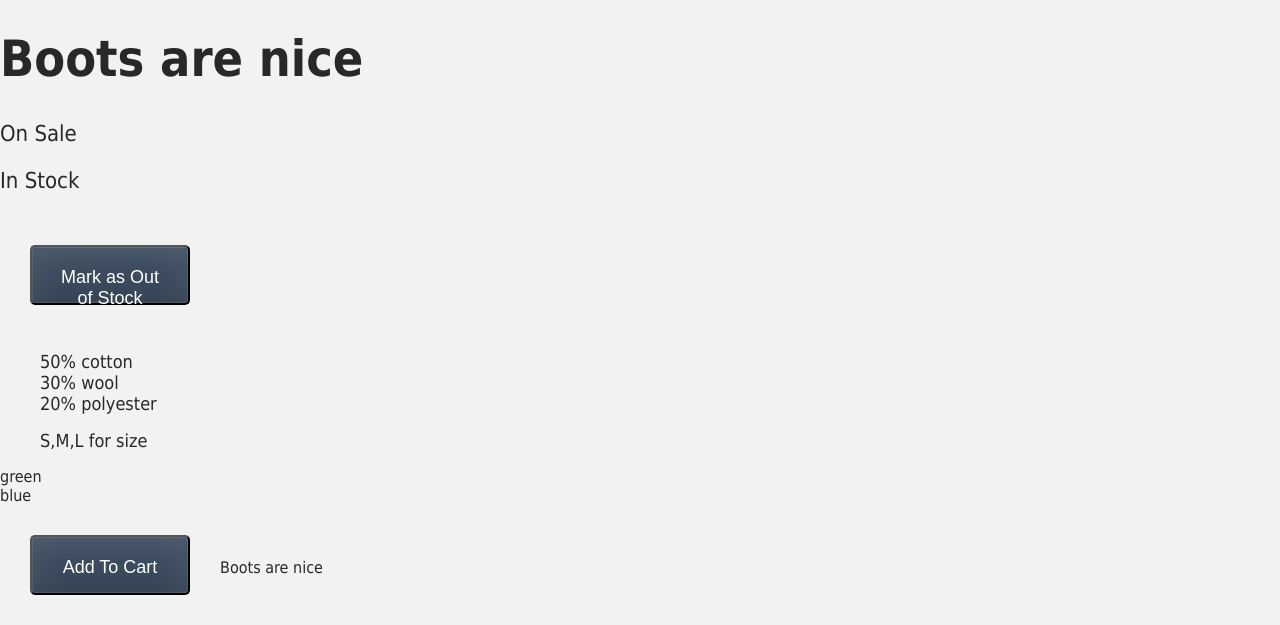
Repository: assassinhua/lab1
Page: index.html
The author's editor kept a copy of each file at every save. The page is drawn from the files as they stood at one save, then again after the next save.
The browser window is 1280 px wide. The pictures show the part of the page from y = 484 to 1109 px (the page is 1109 px tall).
A picture or video elsewhere on the page could not be fetched, so the positions and the page height are approximate.

Above is the page before, as saved 2024-10-22 19:10:32.

### index.html
<!DOCTYPE html>
<html lang="en">

<head>
    <meta charset="UTF-8" />
    <title>Intro SE331</title>
    <!-- Import Styles -->
    <link rel="stylesheet" href="./assets/styles.css" />
    <!-- Import Vue.js -->
    <script src="https://unpkg.com/vue@3/dist/vue.global.js"></script>
</head>

<body>
    <div id="app">
        <div class="nav-bar"></div>
        <div class="cart">Cart({{ cart}})</div>
        <div class="product-display">
 	      <div class="product-container">
                <div class="product-image">
                    <img :src="image" >
                </div>
                </div>

            </div>


        <div class="product-info">
            <h1>{{product}}</h1>
            <p v-if="inventory > 10">On Sale</p>
            <p v-else-if="inventory <= 10 && inventory > 0">Almost out of on sale</p>
            <p v-else>Out of sale</p>
            <p v-if="inventory > 10">In Stock</p>
            <p v-else-if="inventory <= 10 && inventory > 0">Almost out of Stock</p>
            <p v-else>Out of Stock</p>
            <button class="button" @click="toggleInStock">
                {{ inStock ? 'Mark as Out of Stock' : ' In Stock' }}
            </button>
            <ul>
                                <li v-for="detail in details">{{detail}}</li>

                            </ul>
            <ul>
                <li v-for="size in sizes">{{size}}</li>
            </ul>
                            <div v-for="variant in variants" :key="variant.id"
                            @mouseover="updateImage(variant.image)">
                                {{ variant.color}}

            </div>
            <button class="button" @click="addToCart">Add To Cart</button>





            <a :href="productLink">{{ product }}</a>
        </div>

    </div>

    <!-- Import Js -->


    <script src="./main.js"></script>





</body>

</html>

### assets/styles.css
body {
  background-color: #f2f2f2;
  margin: 0px;
  font-family: tahoma;
  color: #282828;
}

.button {
  margin: 30px;
  background-color: #39495c;
  border-radius: 5px;
  font-size: 18px;
  width: 160px;
  height: 60px;
  color: white;
  padding: 20px;
  box-shadow: inset 0 -0.6em 1em -0.35em rgba(0, 0, 0, 0.17),
    inset 0 0.6em 2em -0.3em rgba(255, 255, 255, 0.15),
    inset 0 0 0em 0.05em rgba(255, 255, 255, 0.12);
  text-align: center;
  cursor: pointer;
}

.cart {
  margin: 25px 100px;
  float: right;
  border: 1px solid #d8d8d8;
  padding: 10px 30px;
  background-color: white;
  -webkit-box-shadow: 0px 2px 15px -12px rgba(0, 0, 0, 0.57);
  -moz-box-shadow: 0px 2px 15px -12px rgba(0, 0, 0, 0.57);
  box-shadow: 2px 15px -12px rgba(0, 0, 0, 0.57);
}

.color-circle {
  width: 50px;
  height: 50px;
  margin-top: 8px;
  border: 2px solid #d8d8d8;
  border-radius: 50%;
}


.disabledButton {
  background-color: #d8d8d8;
  cursor: not-allowed;
}

h1 {
  font-size: 50px;
}

h3 {
  font-size: 25px;
}

img {
  border: 2px solid #d8d8d8;
  width: 70%;
  margin: 40px;
  padding: 15px;
  -webkit-box-shadow: 0px 2px 15px -12px rgba(0, 0, 0, 0.57);
  -moz-box-shadow: 0px 2px 15px -12px rgba(0, 0, 0, 0.57);
  box-shadow: 2px 15px -12px rgba(0, 0, 0, 0.57);
}

input {
  width: 100%;
  height: 40px;
  margin-bottom: 20px;
}

label {
  font-size: 20px;
  margin-bottom: 5px;
}

li {
  font-size: 18px;
}

.nav-bar {
  background: linear-gradient(-90deg, #84cf6a, #16c0b0);
  height: 60px;
  margin-bottom: 25px;
  -webkit-box-shadow: 0px 2px 15px -12px rgba(0, 0, 0, 0.57);
  -moz-box-shadow: 0px 2px 15px -12px rgba(0, 0, 0, 0.57);
  box-shadow: 1px 1px 5px rgba(0, 0, 0, 0.57);
}

.out-of-stock-img {
  opacity:0.5
}

p {
  font-size: 22px;
}

.product-display {
  display: flex;
  flex-direction: column;
  padding: 1rem;
}

.product-container {
  display: flex;
  flex-direction: row;
  flex-wrap: wrap;
}

.product-image,
.product-info {
  width: 50%;
}

.review-form {
  display: flex;
  flex-direction: column;
  width: 425px;
  padding: 20px;
  margin: 40px;
  border: 2px solid #d8d8d8;
  background-color: white;
  -webkit-box-shadow: 0px 2px 15px -12px rgba(0, 0, 0, 0.57);
  -moz-box-shadow: 0px 2px 15px -12px rgba(0, 0, 0, 0.57);
  box-shadow: 2px 15px -12px rgba(0, 0, 0, 0.57);
}

.review-container {
  width: 425px;
  padding: 20px;
  background-color: white;
  -webkit-box-shadow: 0px 2px 20px -12px rgba(0, 0, 0, 0.57);
  -moz-box-shadow: 0px 2px 20px -12px rgba(0, 0, 0, 0.57);
  box-shadow: 2px 20px -12px rgba(0, 0, 0, 0.57);
  margin-left: 40px;
  border: 2px solid #d8d8d8;
}

.review-container li {
  margin-bottom: 30px;
}

.review-form .button {
  display: block;
  margin: 30px auto;
}

select {
  height: 40px;
  font-size: 20px;
  background-color: white;
  cursor: pointer;
}

textarea {
  width: 95%;
  height: 70px;
  padding: 10px;
  font-size: 20px;
  margin-bottom: 20px;
}

ul {
  list-style-type: none;
}

@media only screen and (max-width: 600px) {
  .container {
    flex-direction: column;
  }

  .product-image,
  .product-info {
    margin-left: 10px;
    width: 100%;
  }

  .review-form {
    width: 90%;
  }
}

### main.js
const { createApp, ref } = Vue

createApp({
    setup(){
        const product = ref('Boots are  nice')


        const image = ref('./assets/images/socks_green.jpg')
       const inStock = ref(true)
        const inventory  = ref(100)
        const OnSale = ref(true)
        const details = ref([
                       '50% cotton',
                       '30% wool',
                       '20% polyester',

                   ])

        const sizes = ref([
                       'S,M,L for size',
        ])
        const variants = ref([
            { id: 2234, color: 'green', image: './assets/images/socks_green.jpg' },
            { id: 2235, color: 'blue', image: './assets/images/socks_blue.jpg' }
                   ])
                   const cart = ref(0)
                   function addToCart() {
                                cart.value +=1
                            }
                            function updateImage(variantImage){
                                            image.value = variantImage
                            }
             const toggleInStock = () => {
                                inStock.value = !inStock.value;
                            }

        return {
            product,
            image,
            inStock,
            inventory,
            OnSale,
            details,
            variants,
            sizes,
            cart,
            addToCart,
            updateImage,
            toggleInStock
        }
}



    }

).mount('#app')

After the next save:
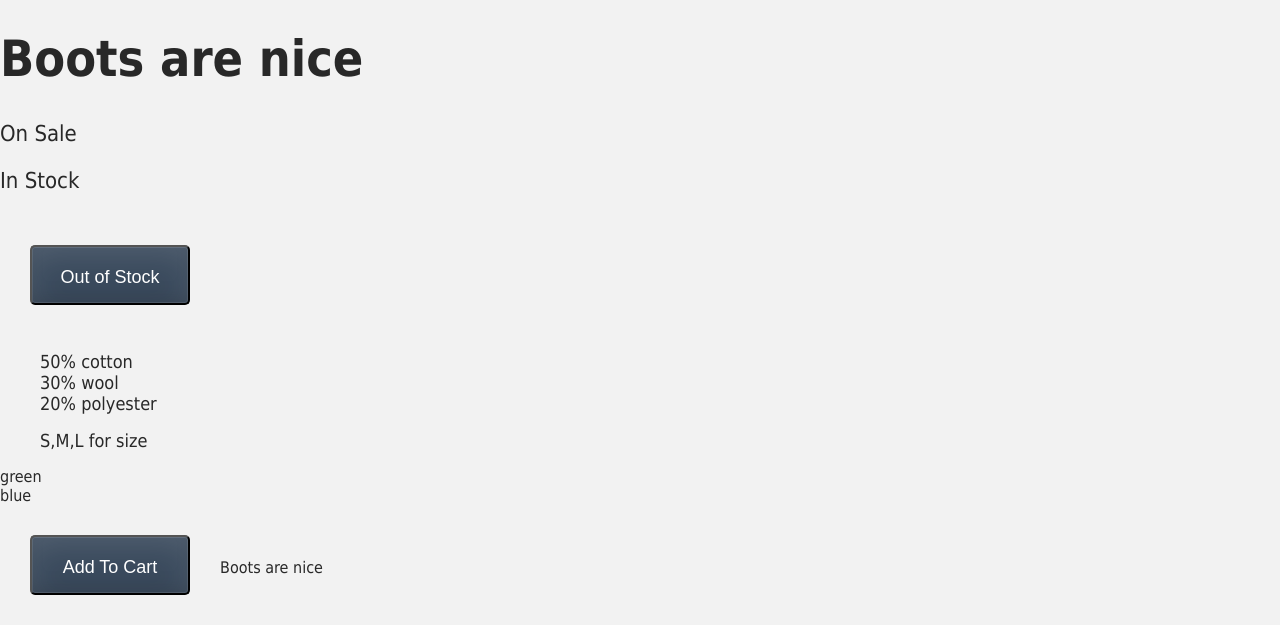
Saved 43 s later.
--- a/index.html
+++ b/index.html
@@ -33,7 +33,7 @@
             <p v-else-if="inventory <= 10 && inventory > 0">Almost out of Stock</p>
             <p v-else>Out of Stock</p>
             <button class="button" @click="toggleInStock">
-                {{ inStock ? 'Mark as Out of Stock' : ' In Stock' }}
+                {{ inStock ? 'Out of Stock' : ' In Stock' }}
             </button>
             <ul>
                                 <li v-for="detail in details">{{detail}}</li>
